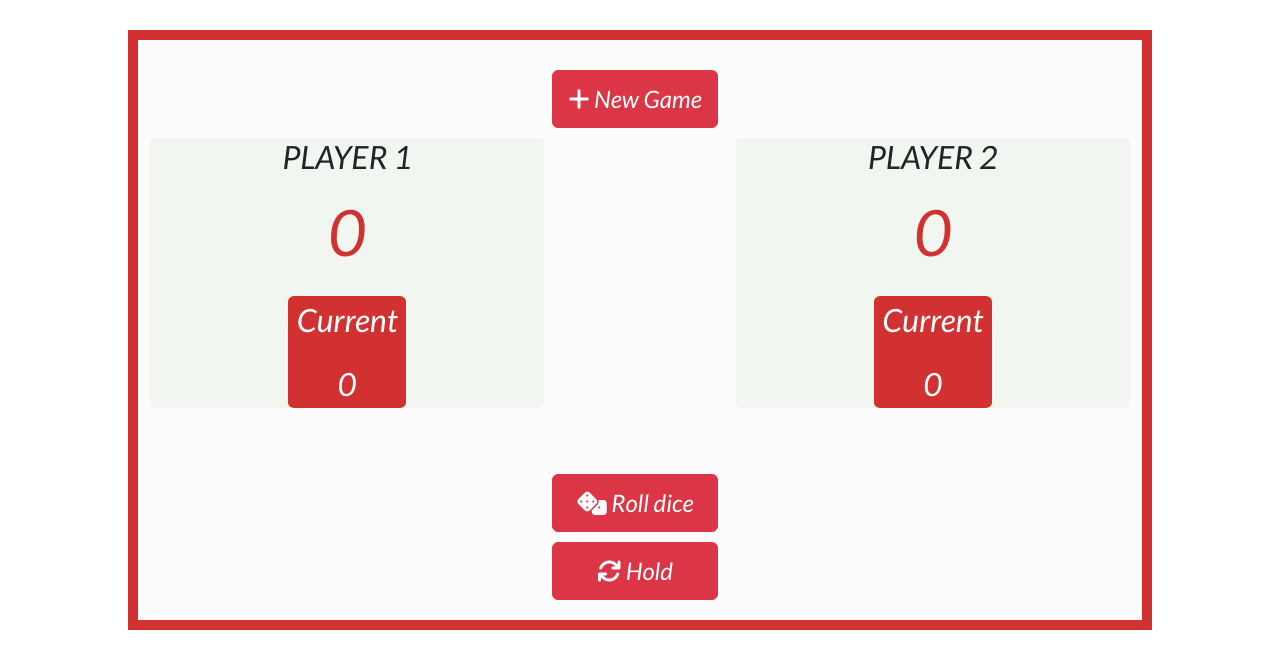
Repository: haifabilel/Eval_JAVASCRIPT
Page: index.html
These files come from the project's save history. The page is drawn as it stood at one moment and after a run of saves; the edit follows.
The browser window is 1280 px wide. The pictures show the whole page.
Some web libraries are served in a nearby version.

Above is the page before, as saved 2023-06-03 18:47:22.

### index.html
<!DOCTYPE html>
<html lang="fr">
<head>
    <meta charset="UTF-8">
    <meta http-equiv="X-UA-Compatible" content="IE=edge">
    <meta name="viewport" content="width=device-width, initial-scale=1.0">
    <title>GameEval</title>
    <!-- Bootstrap -->
    <link href="https://cdn.jsdelivr.net/npm/bootstrap@5.3.0-alpha3/dist/css/bootstrap.min.css" rel="stylesheet" integrity="sha384-KK94CHFLLe+nY2dmCWGMq91rCGa5gtU4mk92HdvYe+M/SXH301p5ILy+dN9+nJOZ" crossorigin="anonymous">
    <!-- Bootstrap icons CSS -->
    <link rel="stylesheet" href="https://cdn.jsdelivr.net/npm/bootstrap-icons@1.6.1/font/bootstrap-icons.css">
    <!-- font awesome cdn link-->
    <link rel="stylesheet" href="https://cdnjs.cloudflare.com/ajax/libs/font-awesome/6.3.0/css/all.min.css" integrity="sha512-SzlrxWUlpfuzQ+pcUCosxcglQRNAq/DZjVsC0lE40xsADsfeQoEypE+enwcOiGjk/bSuGGKHEyjSoQ1zVisanQ==" crossorigin="anonymous" referrerpolicy="no-referrer">
    <!-- CSS Link -->
    <link rel="stylesheet" href="style.css">
</head>
<body>
    <div class="container-fluid" >
     <header>
         <button class="btn btn_newGame btn-danger"><i class="fa-solid fa-plus"></i> New Game</button>
    </header>
    <main>
        <div class="row">
            <!-- Player One  -->
            <div class="partie1 col-sm-5 mx-auto">
                <section class="player player_0 player_active">
                    <h2 class="label" id="label_0">PLAYER 1</h2>
                    <p class="score" id="score_0" >0</p>
                    <div class="current">
                        <p class="current_label">Current</p>
                        <p class="current_score" id="current_0">0</p>
                    </div>
                </section>
            </div>
            <!-- Dice image -->
            <div class="partie2 col-sm-2 mx-auto">
                <img src="/asset/dice1.png" alt="imageDice" class="dice" style="width: 100px;">
            </div>
             <!-- Player Tow  -->
             <div class="col-sm-5 mx-auto">
                <section class="player player_1">
                    <h2 class="label" id="label_1">PLAYER 2</h2>
                    <p class="score" id="score_1">0</p>
                    <div class="current">
                        <p class="current_label">Current</p>
                        <p class="current_score" id="current_1">0</p>
                    </div>
                </section>
             </div>
        </div>
    </main>
    <!-- Button RollDice -->
    <div class="button_roll">
        <button class="btn btn_roll btn-danger"><i class="fa-solid fa-dice"></i> Roll dice</button>
    </div>
    <div class="button_hold">
        <button class="btn btn_hold btn-danger"><i class="fa-solid fa-arrows-rotate"></i> Hold</button>
    </div>
    </div>


    <script src="https://code.jquery.com/jquery-3.5.1.slim.min.js" integrity="sha384-DfXdz2htPH0lsSSs5nCTpuj/zy4C+OGpamoFVy38MVBnE+IbbVYUew+OrCXaRkfj" crossorigin="anonymous"></script>
    <script src="https://cdn.jsdelivr.net/npm/popper.js@1.16.0/dist/umd/popper.min.js" integrity="sha384-Q6E9RHvbIyZFJoft+2mJbHaEWldlvI9IOYy5n3zV9zzTtmI3UksdQRVvoxMfooAo" crossorigin="anonymous"></script>
    <script src="https://cdn.jsdelivr.net/npm/bootstrap@5.3.0-alpha3/dist/js/bootstrap.bundle.min.js" integrity="sha384-ENjdO4Dr2bkBIFxQpeoTz1HIcje39Wm4jDKdf19U8gI4ddQ3GYNS7NTKfAdVQSZe" crossorigin="anonymous"></script>
    <script src="script.js"></script>
</body>
</html>

### style.css
@import url('https://fonts.googleapis.com/css2?family=Lato:ital,wght@1,300;1,400;1,700&display=swap');
*{
    font-family: Lato;
}
.container-fluid{
    box-shadow:0.5rem 1 rem rgba(0,0,0,.5);
    background-color: #fdfcfc;
    width:80%;
    height: 600px;
    border: 10px solid  #d13131;
    margin-top: 30px;
}
.row{
    margin-top:80px;
}
/* Playerss */
.player_0 , .player_1{
    background-color:#f1f7f0;
    text-align:center;
    border-radius:5px;
    margin-top:-70px;
}
/* Current */
.current{
    background-color: #d13131;
    width:30%;
    font-size:1.5rem;
    border-radius:5%;
    text-align:center;
    margin-left :35%;
    color:white;
    font-size:2rem;
}
/* Scors */
.score{
    color:#d13131;
    font-size:4rem;
}
.current_score{
    color:white;
    font-size:2rem;
}
/* Buttons */
.btn_roll{
    margin-left:41%;
    margin-top:50px;
    width:17%;
    font-size:1.5rem;
    padding:10px;

}
.btn_hold{
    padding:10px;
    margin-left:41%;
    margin-top:10px;
    width:17%;
    font-size:1.5rem;

}
.btn_newGame{
    margin-top:30px;
    padding: 10px;
    margin-left:41%;
    width:17%;
    font-size:1.5rem;
}
/* Image Dice */
img{
    margin:20px 40px;
}
.hidden{
    display:none;
}
.player_winn{
    background:url(/asset/golden-winners-cup_1284-18399.avif);

}

### script.js
//Players
const playerOne = document.getElementById('player_0');
const playerTow = document.getElementById('player_1');
//Score
const score0 = document.getElementById('score_0');
const score1 = document.getElementById('score_1');
//Dice
const dice = document.querySelector('.dice');
//buttons
const buttonRoll = document.querySelector('.btn_roll');
const buttonHold = document.querySelector('.btn_hold');
const buttonNewGame = document.querySelector('.btn_newGame');
//Current
const current0 = document.getElementById('current_0');
const current1 = document.getElementById('current_1');

score0.textContent = 0 ;
score1.textContent = 0 ;
dice.classList.add("hidden");

let scores = [0 , 0]
let activePlayer = 0 ;
let currentScore = 0 ;

const switchPlayer = function(){
    document.getElementById(`current_${activePlayer}`).textContent = 0;
    activePlayer = activePlayer === 0 ? 1 : 0;
    currentScore = 0;
    playerOne.classList.toggle("player_active");
    playerTow.classList.toggle("player_active");
}
//buttonRoll
buttonRoll.addEventListener("click", function() {
    dice.classList.remove("hidden");

    //Generate number 1 to 6
    const diceRandom = Math.floor(Math.random() * 6) + 1;
    dice.src =`/asset/dice${diceRandom}.png`

//   Sound game
const audio = new Audio('/asset/programmation-web_de-2_asset_son.mp3');

const lanseSon = function() {
    audio.play()
}
audio.addEventListener('canplaythrough', lanseSon);

//Rolled
if(diceRandom !==1){
    currentScore += diceRandom;
    document.getElementById(`current_${activePlayer}`).textContent = currentScore;

}else{
    //Switch Player
    switchPlayer();
}
});
//ButtonHold
buttonHold.addEventListener('click',function(){
    scores[activePlayer] += currentScore;
    document.getElementById(`score_${activePlayer}`).textContent = scores[activePlayer];

    if(scores[activePlayer] >=100){
        document.querySelector(`.player_${activePlayer}`).classList.add('player_winn');
        const audio = new Audio('/asset/tadaa-47995.mp3');

        const lanseSon1 = function() {
            audio.play()
        }
        audio.addEventListener('canplaythrough', lanseSon1);

    }else{
        switchPlayer();
    }
});
//  Button NewGame
buttonNewGame.addEventListener ('click',function(){
    document.location.reload()
 })

After the next 4 saves:
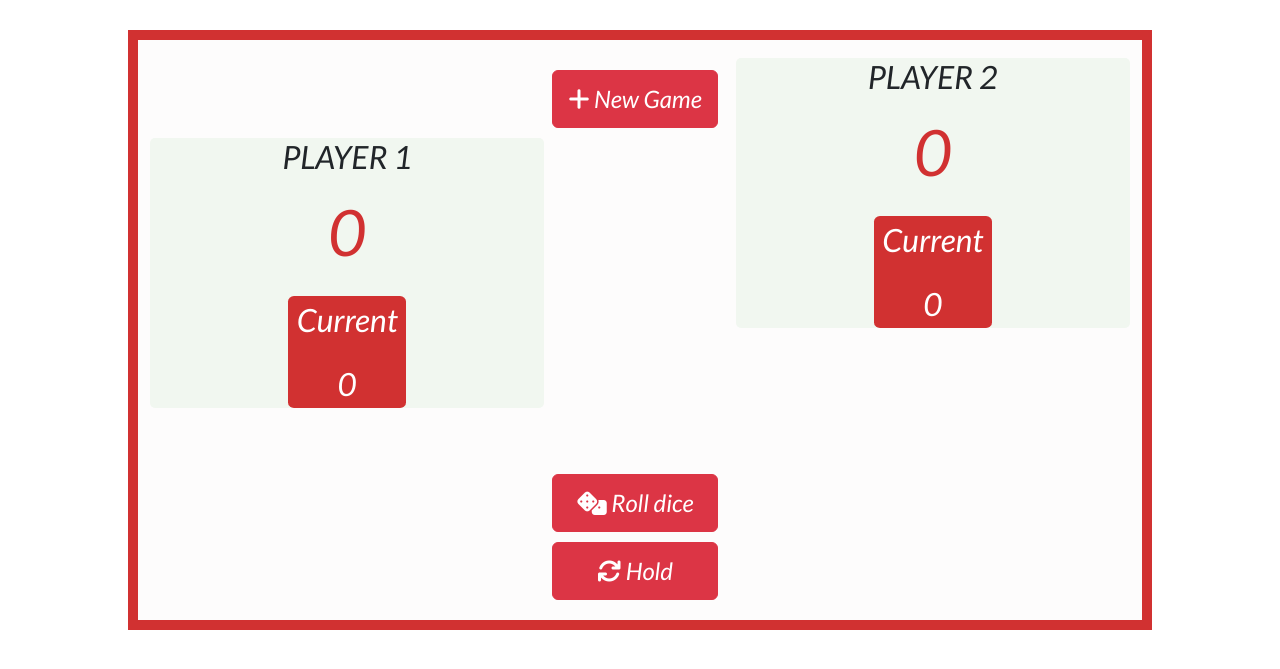
The 4 saves are shown as one change because they came seconds apart.
The last was saved 16 s later.
--- a/style.css
+++ b/style.css
@@ -10,6 +10,7 @@
     border: 10px solid  #d13131;
     margin-top: 30px;
 }
+.partie1, partie2
 .row{
     margin-top:80px;
 }

After the 3 saves that followed:
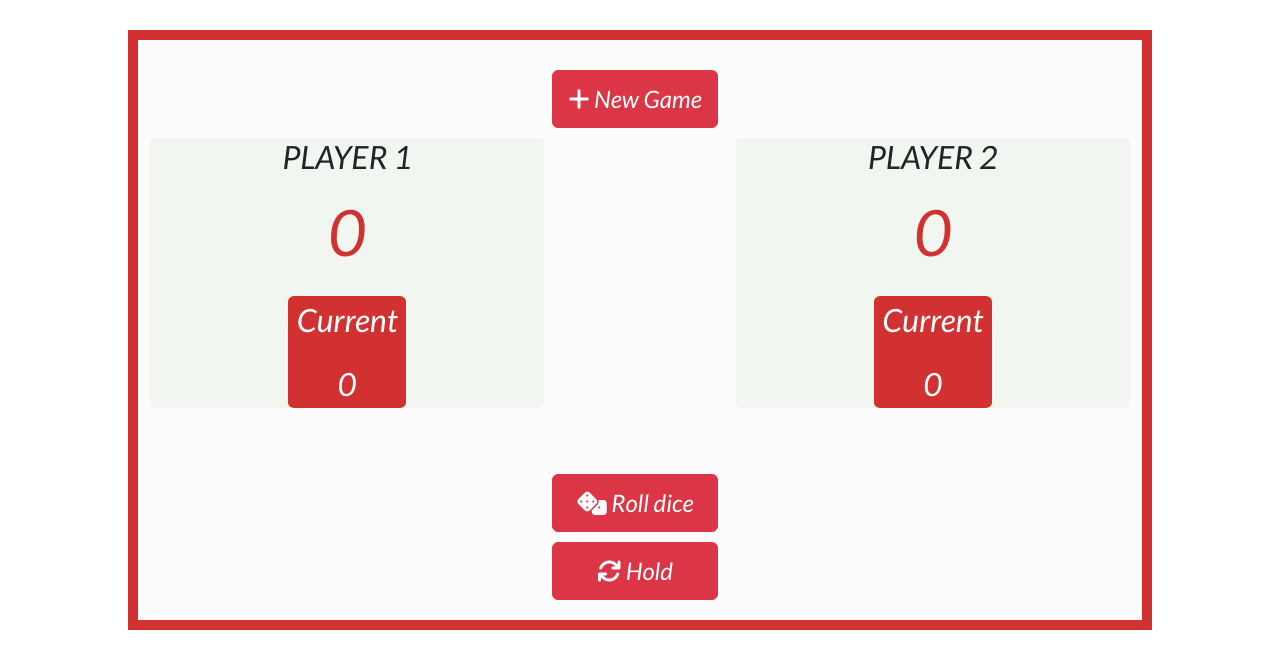
The 3 saves are shown as one change because they came seconds apart.
The last was saved 9 s later.
--- a/style.css
+++ b/style.css
@@ -10,7 +10,10 @@
     border: 10px solid  #d13131;
     margin-top: 30px;
 }
-.partie1, partie2
+.partie1, .partie2{
+
+
+}
 .row{
     margin-top:80px;
 }
